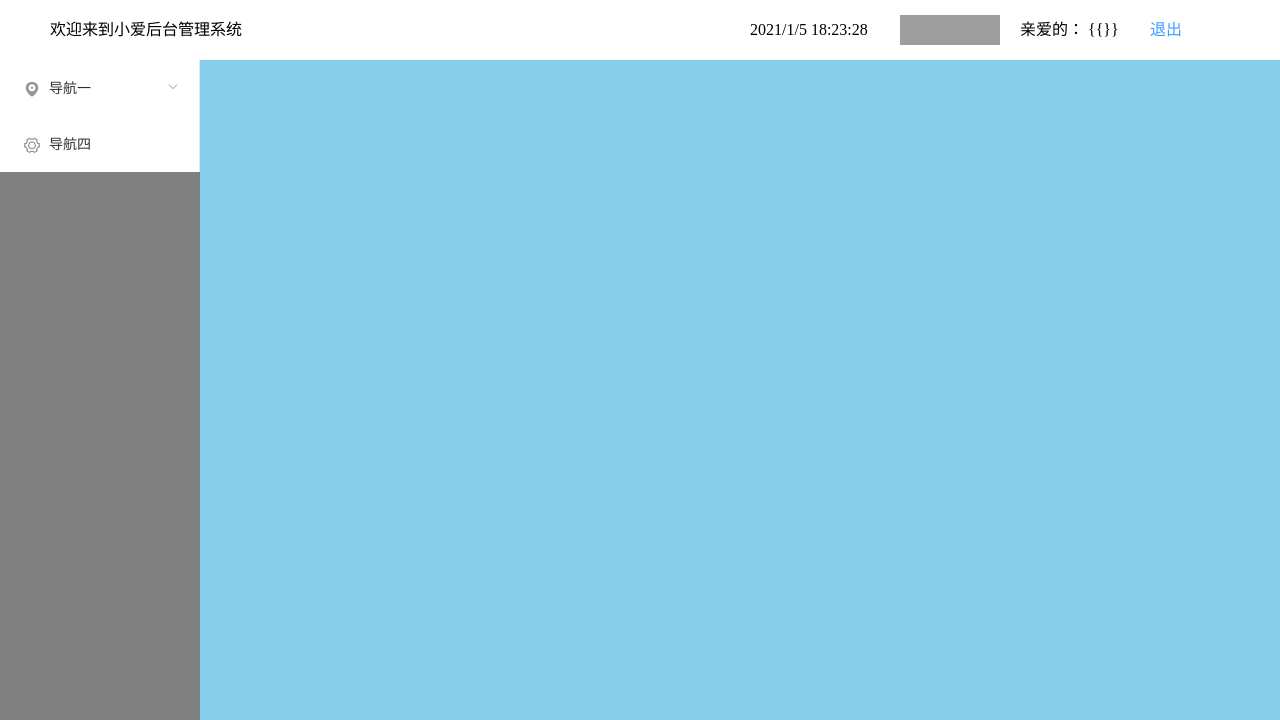
Repository: heyegang/vuex
Page: /
These files come from the project's save history. The page is drawn as it stood at one moment and after a run of saves; the edit follows.
The browser window is 1280 px wide. The pictures show the whole page.
Pictures or frames that could not be fetched are drawn as grey boxes. The project was rebuilt for these pictures with package versions that can differ from the ones it lists, and the page was loaded fresh each time. Also part of the build but not shown: vue.config.js.

Above is the page before, as saved 2021-01-06 14:03:48.

### src/main.js
import Vue from "vue";
import App from "./App.vue";
import router from "./router";
import store from "./store";
import ElementUI from "element-ui";
import "element-ui/lib/theme-chalk/index.css"

Vue.use(ElementUI)
Vue.config.productionTip = false;

new Vue({
  router,
  store,
  render: h => h(App)
}).$mount("#app");

### src/App.vue
<template>
  <div id="app">
    <router-view />
  </div>
</template>

<style lang="scss">
*{
  margin: 0;
  padding: 0;
}
html,body,#app{
  height: 100%;
}
</style>

### src/router/index.js
import Vue from "vue";
import VueRouter from "vue-router";
import Home from "../views/Home.vue";
import Layout from "../views/layout/Layout.vue";

Vue.use(VueRouter);

const routes = [{
   path:"",
  component:Layout,
  children:[{
    path: "/",
    name: "Home",
    component: Home
  },

  ]},
  {
    path: "/login",
    name: "login",
    component: () => import('../views/login/Login.vue')
  },
];

const router = new VueRouter({
  mode: "history",
  base: process.env.BASE_URL,
  routes
});

export default router;

### src/store/index.js
import Vue from "vue";
import Vuex from "vuex";
import user from "./user"

Vue.use(Vuex);

export default new Vuex.Store({
  state: {
    // 存放数据
  },
  mutations: {
    // 同步修改state
  },
  actions: {},
  modules: {
    // 代表模块
    user
  }
});

### src/views/Home.vue
<template>
  <div></div>
</template>

<script>
export default {
  name: '',
  props:{},
  data () {
    return {
    }
  },
  components: {},
  methods: {},
  mounted() {},
  computed: {},
  watch: {}
}
</script>

<style lang='scss' scoped>

</style>

### src/views/layout/Layout.vue
<template>
    <div>
        <el-container>
        <el-header>
            <nav-header></nav-header>
        </el-header>
        <el-container>
            <el-aside width="200px">
                <nav-sidebar></nav-sidebar>
            </el-aside>
            <el-main>
                <router-view></router-view>
            </el-main>
        </el-container>
        </el-container>
    </div>
</template>

<script>
import NavHeader from "../../components/navheader/NavHeader"
import NavSidebar from "../../components/navsidebar/NavSidebar"
export default {
  name: '',
  props:{},
  data () {
    return {
    }
  },
  components: {
      NavHeader,
      NavSidebar,
  },
  methods: {},
  mounted() {},
  computed: {},
  watch: {}
}
</script>

<style lang='scss' scoped>
  .el-header, .el-footer {
    line-height: 60px;
  }

  .el-aside {
    position: fixed;
    top: 60px;
    bottom: 0;
    background-color: gray;
  }

  .el-main {
    position: fixed;
    bottom: 0;
    right: 0;
    top: 60px;
    left: 200px;
    background-color: skyblue;


  }

  body > .el-container {
    margin-bottom: 40px;
  }

  .el-container:nth-child(5) .el-aside,
  .el-container:nth-child(6) .el-aside {
    line-height: 260px;
  }

  .el-container:nth-child(7) .el-aside {
    line-height: 320px;
  }
</style>

### src/store/user.js
import { Message } from "element-ui";
import api from '../http/api';
import router from '../router'

export default {
    namespaced:true,
    // 开启命名空间

    state: {
        // 存放数据
        users:[]
      },
      mutations: {
        // 同步修改state
        setUsers(state,data){
            state.user = data
        }
      },
      actions: {
        //   发请求
        // 所有的方法
        // 登录 每一个action的方法都有两个参数 第一个是store 第二个是请求的参数
        // store可以解构为commit dispatch(提交另外一个action)
        async login(_,params){
            let res = await api.login(params)
            if(res.meta.status === 200){
                // 请求成功 存用户 跳转路由 提示用户
                localStorage.setItem('user', JSON.stringify(res.data))
                localStorage.setItem('token', res.data.token)
                Message.success('登录成功')
                router.push('/')
            } else {
                Message.error(res.meta.msg)
            }
        },
        async getUsers({commit},params){
            let res = await api.getUsers(params)
            if(res.meta.status === 200) {
                commit('setUsers',res.data)
            }else {
                Message.error(res.meta.msg)
            }
        }
      },
}

### src/components/navheader/NavHeader.vue
<template>
  <div class="top">
      <div style="margin-left:30px;">
          欢迎来到小爱后台管理系统
      </div>
      <div class="box">
          {{times}}
      </div>
      <div class="weather">
          <div class="weather"><iframe scrolling="no" src="https://tianqiapi.com/api.php?style=yd&skin=pitaya" frameborder="0" width="100%" height="30" allowtransparency="true"></iframe></div>
    <!--获取天气-->
      </div>
      <div class="hello">
          亲爱的： {{}}
      </div>
      <div class="esc" @click="esc">
          退出
      </div>
  </div>
</template>

<script>
export default {
  name: '',
  props:{},
  data () {
    return {
      times:'',//格式化之后的当前时间
      currentTime: new Date() //当前时间
    }
  },
  components: {},
  methods: {
    getTimes(){
      setInterval(this.getTimesInterval, 1000);
    },
    getTimesInterval:function() {
      let _this = this;
      let year = new Date().getFullYear(); //获取当前时间的年份
      let month = new Date().getMonth() + 1; //获取当前时间的月份
      let day = new Date().getDate(); //获取当前时间的天数
      let hours = new Date().getHours(); //获取当前时间的小时
      let minutes = new Date().getMinutes(); //获取当前时间的分数
      let seconds = new Date().getSeconds(); //获取当前时间的秒数
      let hello = "";
      //当小于 10 的是时候，在前面加 0
      if (hours < 10) {
        hours = "0" + hours;
      }
      if (minutes < 10) {
        minutes = "0" + minutes;
      }
      if (seconds < 10) {
        seconds = "0" + seconds;
      }
      //一天中的时间
      if (hours > 6 && hours <13){
          hello = "上午";
      }
      if (hours > 13 && hours <18){
          hello = "下午";
      }
      if (hours > 18 && hours <24){
          hello = "晚上";
      }
      if (hours >0 && hours < 6){
          hello = "凌晨";
      }
      //拼接格式化当前时间
      _this.times = year + "/" + month + "/" + day + " " +hello+ hours + ":" + minutes + ":" + seconds;
    },
  },
  mounted() {
    this.getTimes()
  },
  computed: {},
  watch: {},
}
</script>

<style lang='scss' scoped>
.top{
    display: flex;
    position: relative;
    line-height: 60px;
}
.box{
    width: 160px;
    position: absolute;
    right: 350px;
}
.weather{
    width: 100px;
    position: absolute;
    right: 130px;
    top: 5px;
}
.hello{
    width: 100px;
    position: absolute;
    right: 140px;
}
.esc{
    width: 60px;
    position: absolute;
    right: 50px;
    color: #409EFF;
}
</style>

### src/components/navsidebar/NavSidebar.vue
<template>
  <div>
      <el-menu
      default-active="2"
      class="el-menu-vertical-demo"
      @open="handleOpen"
      @close="handleClose">
      <el-submenu index="1">
        <template slot="title">
          <i class="el-icon-location"></i>
          <span>导航一</span>
        </template>
          <el-menu-item index="1-1">选项3</el-menu-item>
          <el-menu-item index="1-2">选项3</el-menu-item>
          <el-menu-item index="1-3">选项3</el-menu-item>
      </el-submenu>
      <el-menu-item index="4">
        <i class="el-icon-setting"></i>
        <span slot="title">导航四</span>
      </el-menu-item>
    </el-menu>
  </div>
</template>

<script>
export default {
  name: '',
  props:{},
  data () {
    return {
        index:0
    }
  },
  components: {},
  methods: {
       handleOpen(key, keyPath) {
        console.log(key, keyPath);
      },
      handleClose(key, keyPath) {
        console.log(key, keyPath);
      }
  },
  mounted() {},
  computed: {},
  watch: {}
}
</script>

<style lang='scss' scoped>

</style>

### src/http/api.js
import http from './index'

export default{
     login({username,password}){
        return http.post('/login',{
            username,
            password
        })
     },
     getUsers({pagenum,pagesize,query}){
         if(query){
             return http.get(`/users?pagenum=${pagenum}&pagesize=${pagesize}&query=${query}`)
         } else {
             return http.get(`/users?pagenum=${pagenum}&pagesize=${pagesize}`)
         }

     },
}

### src/http/index.js
import axios from 'axios'
import nprogress from 'nprogress'
import 'nprogress/nprogress.css'
import {Message} from 'element-ui'

// 需要区分当前环境是开发环境(development)还是生产环境(production)
let isPro = process.env.NODE_ENV === 'productin'

const http = axios.create({
    baseURL: isPro ? '线上接口路径':'/api',
    timeout:10000
})

// 请求拦截
http.interceptors.request.use(config =>{
    nprogress.start()
    // 配置token token是鉴权的一种方式
    // 在登陆成功后 会返回当前用户的token 存在本地
    // 可用（百度：js加密插件）加密插件加密token
    let token = localStorage.getItem('token')
    // 账号密码和token分开存
    if(token){
        config.headers.Authorization = token
    }
    return config
},err =>{
    nprogress.done()
    return Promise.reject(err)
})

// 响应拦截
http.interceptors.response.use(res => {
    nprogress.done()
    return res.data
},err => {

    // 请求失败
    let status = err.response && err.response.status
    // 状态码
    if (status === 400) {
        Message.error('参数错误')
    }
    if (status === 401) {
        Message.error('没有权限')
    }
    if (status === 403) {
        Message.error('登录过期')
    }
    if (status === 404) {
        Message.error('路径错误')
    }
    if (status === 500) {
        Message.error('服务器错误')
    }
    if (status === 403) {
        Message.error('服务器在维护')
    }
    return Promise.reject(err)
})


export default http

Loaded but not shown: public/index.html (common file)

After the next 2 saves:
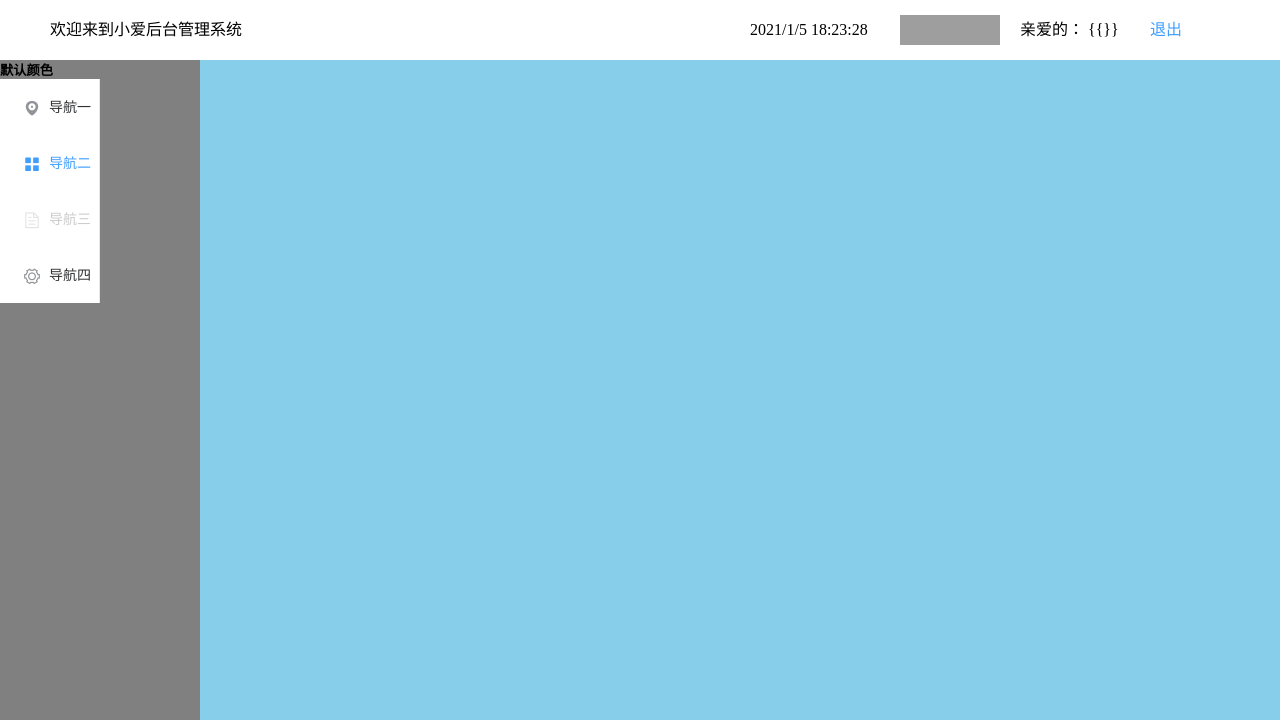
The 2 saves are shown as one change because 1 did not build or start.
The last was saved 2 min 0 s later.
--- a/src/components/navsidebar/NavSidebar.vue
+++ b/src/components/navsidebar/NavSidebar.vue
@@ -1,6 +1,9 @@
 <template>
   <div>
-      <el-menu
+      <el-row class="tac">
+  <el-col :span="12">
+    <h5>默认颜色</h5>
+    <el-menu
       default-active="2"
       class="el-menu-vertical-demo"
       @open="handleOpen"
@@ -10,15 +13,34 @@
           <i class="el-icon-location"></i>
           <span>导航一</span>
         </template>
-          <el-menu-item index="1-1">选项3</el-menu-item>
-          <el-menu-item index="1-2">选项3</el-menu-item>
+        <el-menu-item-group>
+          <template slot="title">分组一</template>
+          <el-menu-item index="1-1">选项1</el-menu-item>
+          <el-menu-item index="1-2">选项2</el-menu-item>
+        </el-menu-item-group>
+        <el-menu-item-group title="分组2">
           <el-menu-item index="1-3">选项3</el-menu-item>
+        </el-menu-item-group>
+        <el-submenu index="1-4">
+          <template slot="title">选项4</template>
+          <el-menu-item index="1-4-1">选项1</el-menu-item>
+        </el-submenu>
       </el-submenu>
+      <el-menu-item index="2">
+        <i class="el-icon-menu"></i>
+        <span slot="title">导航二</span>
+      </el-menu-item>
+      <el-menu-item index="3" disabled>
+        <i class="el-icon-document"></i>
+        <span slot="title">导航三</span>
+      </el-menu-item>
       <el-menu-item index="4">
         <i class="el-icon-setting"></i>
         <span slot="title">导航四</span>
       </el-menu-item>
     </el-menu>
+  </el-col>
+  </el-row>
   </div>
 </template>
 
